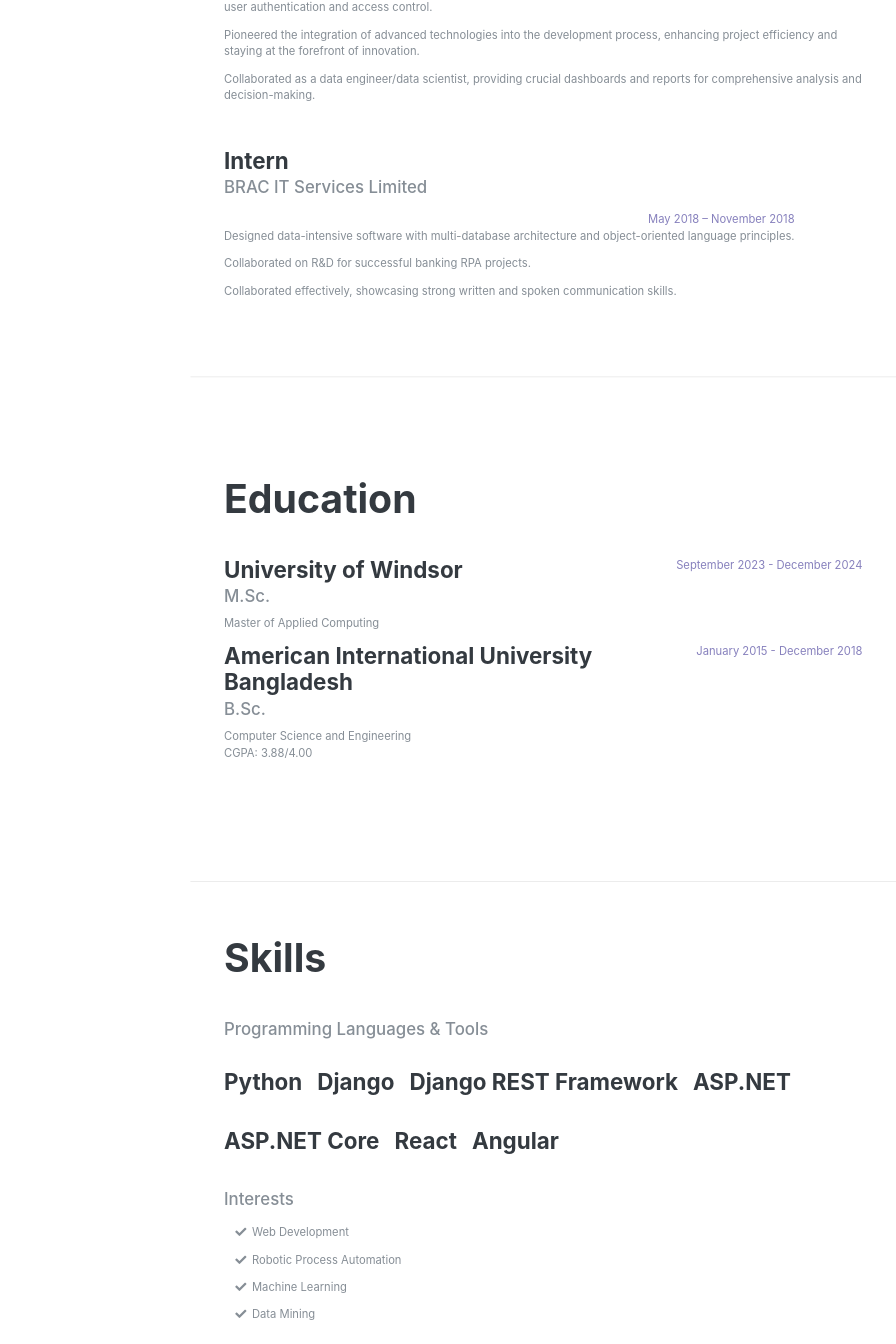
Repository: xahin96/xahin96.github.io
Page: index.html
An editor plug-in stored every save of this project. The page is shown before and after the next save, followed by the edit.
The browser window is 1280 px wide. The pictures show the part of the page from y = 1460 to 3380 px (the page is 5521 px tall before and 5497 px after), at 70% of full size.
Some web fonts or font styles are not loaded; a fallback is used.

Above is the page before, as saved 2024-04-27 12:36:47.

### index.html
<!DOCTYPE html>
<html lang="en">

<head>

  <meta charset="utf-8">
  <meta name="viewport" content="width=device-width, initial-scale=1, shrink-to-fit=no">
  <meta name="description" content="">
  <meta name="author" content="">

  <title>Shahriar Rahman</title>
  <link rel="icon" type="image/x-icon" href="img/profile.png">


  <!-- Bootstrap core CSS -->
  <link href="vendor/bootstrap/css/bootstrap.min.css" rel="stylesheet">

  <!-- Custom fonts for this template -->
  <link href="https://fonts.googleapis.com/css?family=Saira+Extra+Condensed:500,700" rel="stylesheet">
  <link href="https://fonts.googleapis.com/css?family=Muli:400,400i,800,800i" rel="stylesheet">
  <link href="vendor/fontawesome-free/css/all.min.css" rel="stylesheet">

  <!-- Custom styles for this template -->
  <link href="css/resume.css" rel="stylesheet">

</head>

<body id="page-top">

  <nav class="navbar navbar-expand-lg navbar-dark bg-primary fixed-top" id="sideNav">
    <a class="navbar-brand js-scroll-trigger" href="#page-top">
      <span class="d-block d-lg-none">Shahriar Rahman</span>
      <span class="d-none d-lg-block">
        <img class="img-fluid img-profile rounded-circle mx-auto mb-2" src="img/profile.png" alt="">
      </span>
    </a>
    <button class="navbar-toggler" type="button" data-toggle="collapse" data-target="#navbarSupportedContent" aria-controls="navbarSupportedContent" aria-expanded="false" aria-label="Toggle navigation">
      <span class="navbar-toggler-icon"></span>
    </button>
    <div class="collapse navbar-collapse" id="navbarSupportedContent">
      <ul class="navbar-nav">
        <li class="nav-item">
          <a class="nav-link js-scroll-trigger" href="#about">About</a>
        </li>
        <li class="nav-item">
          <a class="nav-link js-scroll-trigger" href="#experience">Experience</a>
        </li>
        <li class="nav-item">
          <a class="nav-link js-scroll-trigger" href="#education">Education</a>
        </li>
        <li class="nav-item">
          <a class="nav-link js-scroll-trigger" href="#skills">Skills</a>
        </li>
        <li class="nav-item">
          <a class="nav-link js-scroll-trigger" href="#projects">Projects</a>
        </li>
        <!-- <li class="nav-item">
          <a class="nav-link js-scroll-trigger" href="#interests">Interests</a>
        </li> -->
       <!--  <li class="nav-item">
          <a class="nav-link js-scroll-trigger" href="#awards">Achievements</a>
        </li> -->
      </ul>
    </div>
  </nav>

  <div class="container-fluid p-0">

    <section class="resume-section p-3 p-lg-5 d-flex align-items-center" id="about">
      <div class="w-100">
        <h1 class="mb-0">Shahriar
          <span class="mb-0">Rahman</span>
        </h1>
        <div class="subheading mb-5">Windsor, ON, Canada 🇨🇦 · +1 437 669 5591 ·
          <a href="mailto:shahriar.rahmanzahin@gmail.com">rahman8j@uwindsor.ca</a>
        </div>
        <p class="lead mb-5">Results-driven Software Engineer, with over 5 years of experience, specializing in innovative solutions such as Microservices, IoT, AI, and Robotic Process Automation (RPA). Demonstrates proficiency in software development, boasting a proven track record in leading the development of advanced systems, optimizing code for efficiency, and collaborating within dynamic, cross-functional teams.</p>
        <div class="social-icons">
          <a href="https://www.linkedin.com/in/shahriar-rahman-zahin">
            <i class="fab fa-linkedin-in"></i>
          </a>
          <a href="https://github.com/xahin96">
            <i class="fab fa-github"></i>
          </a>
          <a href="https://stackoverflow.com/users/5947007/shahriar-rahman-zahin">
            <i class="fab fa-stack-overflow"></i>
          </a>
          <a href="https://twitter.com/xahin96">
            <i class="fab fa-twitter"></i>
          </a>
          <a href="https://www.facebook.com/shahriar.xahin">
            <i class="fab fa-facebook-f"></i>
          </a>
        </div>
      </div>
    </section>

    <hr class="m-0">

    <section class="resume-section p-3 p-lg-5 d-flex justify-content-center" id="experience">
      <div class="w-100">
        <h2 class="mb-5">Experience</h2>

        <div class="resume-item d-flex flex-column flex-md-row justify-content-between mb-5">
          <div class="resume-content">
            <div class="flex justify-between align-items-center">
              <div>
                <h3 class="mb-0">Senior Software Engineer</h3>
                <div class="subheading mb-3">BRAC IT Services Limited</div>
              </div>
              <div class="resume-date text-md-right">
                <span class="text-primary">January 2023 – July 2023</span>
              </div>
            </div>

            <ul>
              <li>Led a 5-10-member team, reported directly to the department head, and managed work-related communications.</li>
              <li>Enforced software development best practices: clean code, code reviews, unit tests, ensuring continuous delivery.</li>
              <li>Facilitated design discussions, spearheaded idea generation, provided technical guidance, and enriched product experience through collaborative efforts within the team.</li>
              <li>Managed banking databases, utilizing stored procedures and SQL for efficient data handling and manipulation.</li>
              <li>Implemented Azure AD, integrated Microsoft Graph API for mail and calendar services, optimizing cloud collaboration.</li>
            </ul>
          </div>
        </div>

        <div class="resume-item d-flex flex-column flex-md-row justify-content-between mb-5">
          <div class="resume-content">
            <div class="flex justify-content-between align-items-center">
              <div>
                <h3 class="mb-0">Software Engineer</h3>
                <div class="subheading mb-3">BRAC IT Services Limited</div>
              </div>
              <div class="resume-date text-md-right">
                <span class="text-primary">November 2018 – December 2022</span>
              </div>
            </div>

            <li>Engineered RPA solutions achieving 5 to 20 times faster process completion with 100% accuracy.</li>
            <li>Orchestrated large-scale projects encompassing Microservices, ERP software, RPA, and IoT, employing industry-standard agile methodologies and adhering to robust design patterns.</li>
            <li>Integrated diverse third-party APIs for OAuth authentication, including Google, Apple, Facebook, and GitHub, enhancing user authentication and access control.</li>
            <li>Pioneered the integration of advanced technologies into the development process, enhancing project efficiency and staying at the forefront of innovation.</li>
            <li>Collaborated as a data engineer/data scientist, providing crucial dashboards and reports for comprehensive analysis and decision-making.</li>
          </div>

        </div>

        <div class="resume-item d-flex flex-column flex-md-row justify-content-between mb-5">
          <div class="resume-content">
            <div>
              <div>
                <h3 class="mb-0">Intern</h3>
                <div class="subheading mb-3">BRAC IT Services Limited</div>
              </div>
              <div class="resume-date text-md-right">
                <span class="text-primary">May 2018 – November 2018</span>
              </div>
            </div>
            <li>Designed data-intensive software with multi-database architecture and object-oriented language principles.</li>
            <li>Collaborated on R&D for successful banking RPA projects.</li>
            <li>Collaborated effectively, showcasing strong written and spoken communication skills.
            </li>
          </div>

        </div>

      </div>
    </section>

    <hr class="m-0">

    <section class="resume-section p-3 p-lg-5 d-flex align-items-center" id="education">
      <div class="w-100">
        <h2 class="mb-5">Education</h2>

        <div class="resume-item d-flex flex-column flex-md-row justify-content-between mb-3">
          <div class="resume-content">
            <h3 class="mb-0">University of Windsor</h3>
            <div class="subheading mb-2">M.Sc.</div>
            <div>Master of Applied Computing</div>
          </div>
          <div class="resume-date text-md-right">
            <span class="text-primary">September 2023 - December 2024</span>
          </div>
        </div>

        <!-- <div class="resume-item d-flex flex-column flex-md-row justify-content-between mb-3">
          <div class="resume-content">
            <h3 class="mb-0">Jahangirnagar University Bangladesh</h3>
            <div class="subheading mb-2"> M.Sc.</div>
            <div>Computer Science and Engineering</div>
            <p>CGPA: 3.88/4.00</p>
          </div>
          <div class="resume-date text-md-right">
            <span class="text-primary">January 2015 - December 2018</span>
          </div>
        </div> -->

        <div class="resume-item d-flex flex-column flex-md-row justify-content-between mb-3">
          <div class="resume-content">
            <h3 class="mb-0">American International University Bangladesh</h3>
            <div class="subheading mb-2">B.Sc.</div>
            <div>Computer Science and Engineering</div>
            <p>CGPA: 3.88/4.00</p>
          </div>
          <div class="resume-date text-md-right">
            <span class="text-primary">January 2015 - December 2018</span>
          </div>
        </div>

        <!-- <div class="resume-item d-flex flex-column flex-md-row justify-content-between mb-3">
          <div class="resume-content">
            <h3 class="mb-0">Dhaka Imperial College, Bangladesh</h3>
            <div class="subheading mb-2">Higher Secondary School Certificate</div>
            <p>GPA: 5.00/5.00</p>
          </div>
          <div class="resume-date text-md-right">
            <span class="text-primary">April 2012 - April 2014</span>
          </div>
        </div> -->

        <!-- <div class="resume-item d-flex flex-column flex-md-row justify-content-between">
          <div class="resume-content">
            <h3 class="mb-0">Bangladesh International School & College Riyadh, Saudi Arabia</h3>
            <div class="subheading mb-2">Secondary School Certificate</div>
            <p>GPA: 4.88/5.00</p>
          </div>
          <div class="resume-date text-md-right">
            <span class="text-primary">January 2007 - April 2012</span>
          </div>
        </div> -->

      </div>
    </section>

    <hr class="m-0">

    <section class="resume-section p-3 p-lg-5 d-flex align-items-center" id="skills">
      <div class="w-100">
        <h2 class="mb-5">Skills</h2>

        <div class="subheading mb-3">Programming Languages &amp; Tools</div>
        <ul class="list-inline dev-icons">
          <li class="list-inline-item">
            <h3>Python</h3>
          </li>
          <li class="list-inline-item">
            <h3>Django</h3>
          </li>
          <li class="list-inline-item">
            <h3>Django REST Framework</h3>
          </li>
          <li class="list-inline-item">
            <h3>ASP.NET</h3>
          </li>
          <li class="list-inline-item">
            <h3>ASP.NET Core</h3>
          </li>
          <li class="list-inline-item">
            <h3>React</h3>
          </li>
          <li class="list-inline-item">
            <h3>Angular</h3>
          </li>
        </ul>

        <br>

        <div class="subheading mb-3">Interests</div>
        <ul class="fa-ul mb-0">
          <li>
            <i class="fa-li fa fa-check"></i>
          Web Development</li>
          <li>
            <i class="fa-li fa fa-check"></i>
          Robotic Process Automation</li>
          <li>
            <i class="fa-li fa fa-check"></i>
          Machine Learning</li>
          <li>
            <i class="fa-li fa fa-check"></i>
          Data Mining</li>
        </ul>
      </div>
    </section>

    <hr class="m-0">

    <section class="resume-section p-3 p-lg-5 d-flex align-items-center project" id="projects">
      <div class="w-100">
        <h2 class="mb-5">Projects</h2>
        <hr>
        <div class="row">
          <div class="col-sm-12 col-md-6 mb-4">
            <div class="card p-3">
              <!-- <img class="mb-4" class="card-img-top" src="https://picsum.photos/id/237/200/300" alt="Card image cap"> -->
              <div style="background-color:rgb(255, 255, 255)">
                <h3 class="mb-0">Keeper</h3>
                <p class="lead mb-5">
                    Warranty managemet application for your products. It will help you manage all your product with warraties and smartly reminding you about the expiry date.
                </p>
                <h4>Technology Used</h4>
                <li>Python</li>
                <li>Django</li>
                <li>Django REST Framework</li>
                <div><h5>   &nbsp;</h5>   </div>
                <h5>Product link:</h5> <p><a href="/">Will be available on Play Store and Apple App Store soon</a></p>
              </div>
            </div>
          </div>
          <div class="col-sm-12 col-md-6 mb-4">
            <div class="card p-3">
              <!-- <img class="mb-4" class="card-img-top" src="https://picsum.photos/id/237/200/300" alt="Card image cap"> -->
              <div style="background-color:rgb(255, 255, 255)">
                <h3 class="mb-0">Atwork</h3>
                <p class="lead mb-5">
                    Smart meeting management system for your company. It will help you manage your meetings, schedule them, generate notice or summary along with agenda summary for
                    easier maintenance.
                </p>
                <h4>Technology Used</h4>
                <li>Python</li>
                <li>Django</li>
                <li>Django REST Framework</li>
                <li>Angular</li>
                <li>Typescript</li>
                <div><h5>   &nbsp;</h5>   </div>
                <h5>Product link:</h5> <p><a href="https://www.bracits.com/product/meeting-atwork">https://www.bracits.com/product/meeting-atwork</a></p>
              </div>
            </div>
          </div>
          <div class="col-sm-12 col-md-6 mb-4">
            <div class="card p-3">`
              <!-- <img class="mb-4" class="card-img-top" src="https://picsum.photos/id/237/200/300" alt="Card image cap"> -->
              <div style="background-color:rgb(255, 255, 255)">
                <h3 class="mb-0">Eye Tracker With Blink Detection</h3>
                <p class="lead mb-5">
                    This python application can detect eye of user sitting in front of webcam. Tracking the eye center or Iris the program
                    can detect where the user is looking at on the PC screen as well as when the user is blinking. This project was used in
                    my thesis - Controlling Multimedia Player With Eye Gaze Using Webcam.
                </p>
                <h4>Technology Used</h4>
                <li>Python</li>
                <li>OpenCV</li>
                <div><h5>   &nbsp;</h5>   </div>
                <h5>Publication link:</h5> <p><a href="https://ieeexplore.ieee.org/document/8644103">https://ieeexplore.ieee.org/document/8644103</a></p>
              </div>
            </div>
          </div>
          <div class="col-sm-12 col-md-6 mb-4">
            <div class="card p-3">
              <div style="background-color:rgb(255, 255, 255)">
                <h3 class="mb-0">Credit Card Creation Process Automation</h3>
                <p class="lead mb-5">
                  This automation program automates a full card processing system which requires 3 different applications.
                  It fills up forms of 3 different application and completes a full process 5 times faster than human.
                </p>
                <h4>Technology Used</h4>
                <li>Python</li>
                <li>SQL Server</li>
                <div><h5>   &nbsp;</h5>   </div>
                <h5>Project link:</h5> Confidential banking project.
              </div>
            </div>
          </div>
          <div class="col-sm-12 col-md-6 mb-4">
            <div class="card p-3">
              <div style="background-color:rgb(255, 255, 255)">
                <h3 class="mb-0">Parker</h3>
                <p class="lead mb-5">
                  This application is used for web automation. It is built specially for a website so that any human repetitive task on that website can be automated easily.
                </p>
                <h4>Technology Used</h4>
                <li>ASP.NET MVC</li>
                <li>SQL Server</li>
                <li>ADO.NET</li>
                <li>Bootstrap</li>
                <li>JQuery</li>
                <li>Selenium</li>
                <div><h5>   &nbsp;</h5>   </div>
                <h5>Project link:</h5> Confidential banking project.
            </div>
            </div>
          </div>
          <div class="col-sm-12 col-md-6 mb-4">
            <div class="card p-3">
              <div style="background-color:rgb(255, 255, 255)">
                <h3 class="mb-0">PDF Extractor</h3>
                <p class="lead mb-5">
                  This application is used for extracting data from complex PDF tables and saving them in database for easy data analysis.
                </p>
                <h4>Technology Used</h4>
                <li>Python</li>
                <li>SQL Server</li>
                <div><h5>   &nbsp;</h5>   </div>
                <h5>Project link:</h5> Confidential banking project.
              </div>
            </div>
          </div>
          <!-- <div class="col-sm-12 col-md-6 mb-4">
            <div class="card p-3">
              <div style="background-color:rgb(255, 255, 255)">
                <h3 class="mb-0">Insurance Company Management</h3>
                <p class="lead mb-5">
                  This application is used for managing different tasks of an insurance company. Employees can issue for accident entry and towing
                  car entries etc.
                </p>
                <h4>Technology Used</h4>
                <li>PHP</li>
                <li>Vanilla JS</li>
                <li>Oracle</li>
                <div><h5>   &nbsp;</h5>   </div>
                <h5>Project link:</h5> <p><a href="https://github.com/xahin96/Insurance_Company_management">https://github.com/xahin96/Insurance_Company_management</a></p>
            </div>
            </div>
          </div> -->
          <!-- <div class="col-sm-12 col-md-6 mb-4">
            <div class="card p-3">
            <div style="background-color:rgb(255, 255, 255)">
              <h3 class="mb-0">Urban City Scenario</h3>
              <p class="lead mb-5">
                Simple 2d scenario animation made with OpenGL C++
              </p>
              <h4>Technology Used</h4>
              <li>OpenGL</li>
              <li>C++</li>
              <div><h5>   &nbsp;</h5>   </div>
              <h5>Project link:</h5> <p><a href="https://github.com/xahin96/Urban_city_scenario">https://github.com/xahin96/Urban_city_scenario</a></p>
            </div>
            </div>
          </div> -->
          <!-- <div class="col-sm-12 col-md-6 mb-4">
            <div class="card p-3">
              <div style="background-color:rgb(255, 255, 255)">
                <h3 class="mb-0">Catch The Egg</h3>
                <p class="lead mb-5">
                  Simple fun 2d game. Eggs are falling from sky catch as much as you can.
                </p>
                <h4>Technology Used</h4>
                <li>Java</li>
                <div><h5>   &nbsp;</h5>   </div>
                <h5>Project link:</h5> <p><a href="https://github.com/xahin96/CatcTheEgg">https://github.com/xahin96/CatcTheEgg</a></p>
              </div>
            </div>
          </div> -->
          <!-- <div class="col-sm-12 col-md-6 mb-4">
            <div class="card p-3">
              <div style="background-color:rgb(255, 255, 255)">
                <h3 class="mb-0">Mobile Banking App</h3>
                <p class="lead mb-5">
                  Mobile banking app for using transaction functionality from phone.
                </p>
                <h4>Technology Used</h4>
                <li>C#</li>
                <li>SQL Server</li>
                <div><h5>   &nbsp;</h5>   </div>
                <h5>Project link:</h5> <p><a href="https://github.com/xahin96/MobileBanking">https://github.com/xahin96/MobileBanking</a></p>
              </div>
            </div>
          </div> -->
          <!-- <div class="col-sm-12 col-md-6 mb-4">
            <div class="card p-3">
              <div style="background-color:rgb(255, 255, 255)">
                <h3 class="mb-0">Kine Felun</h3>
                <p class="lead mb-5">
                  Online shopping application where user can add products for selling.
                </p>
                <h4>Technology Used</h4>
                <li>PHP</li>
                <li>Vanilla JS</li>
                <li>Oracle</li>
                <div><h5>   &nbsp;</h5>   </div>
                <h5>Project link:</h5> <p><a href="https://github.com/xahin96/Kine-Felun">https://github.com/xahin96/Kine-Felun</a></p>
              </div>
            </div>
          </div>  -->
      </div>

      </div>
    </section>

            <hr class="m-0">

  </div>

  <!-- Bootstrap core JavaScript -->
  <script src="vendor/jquery/jquery.min.js"></script>
  <script src="vendor/bootstrap/js/bootstrap.bundle.min.js"></script>

  <!-- Plugin JavaScript -->
  <script src="vendor/jquery-easing/jquery.easing.min.js"></script>

  <!-- Custom scripts for this template -->
  <script src="js/resume.min.js"></script>

</body>
</html>

Loaded but not shown: vendor/bootstrap/css/bootstrap.min.css (library); vendor/fontawesome-free/css/all.min.css (library); vendor/jquery/jquery.min.js (library); vendor/bootstrap/js/bootstrap.bundle.min.js (library); vendor/jquery-easing/jquery.easing.min.js (common file); js/resume.min.js (common file); css/resume.css (218 lines, source omitted)

After the next save:
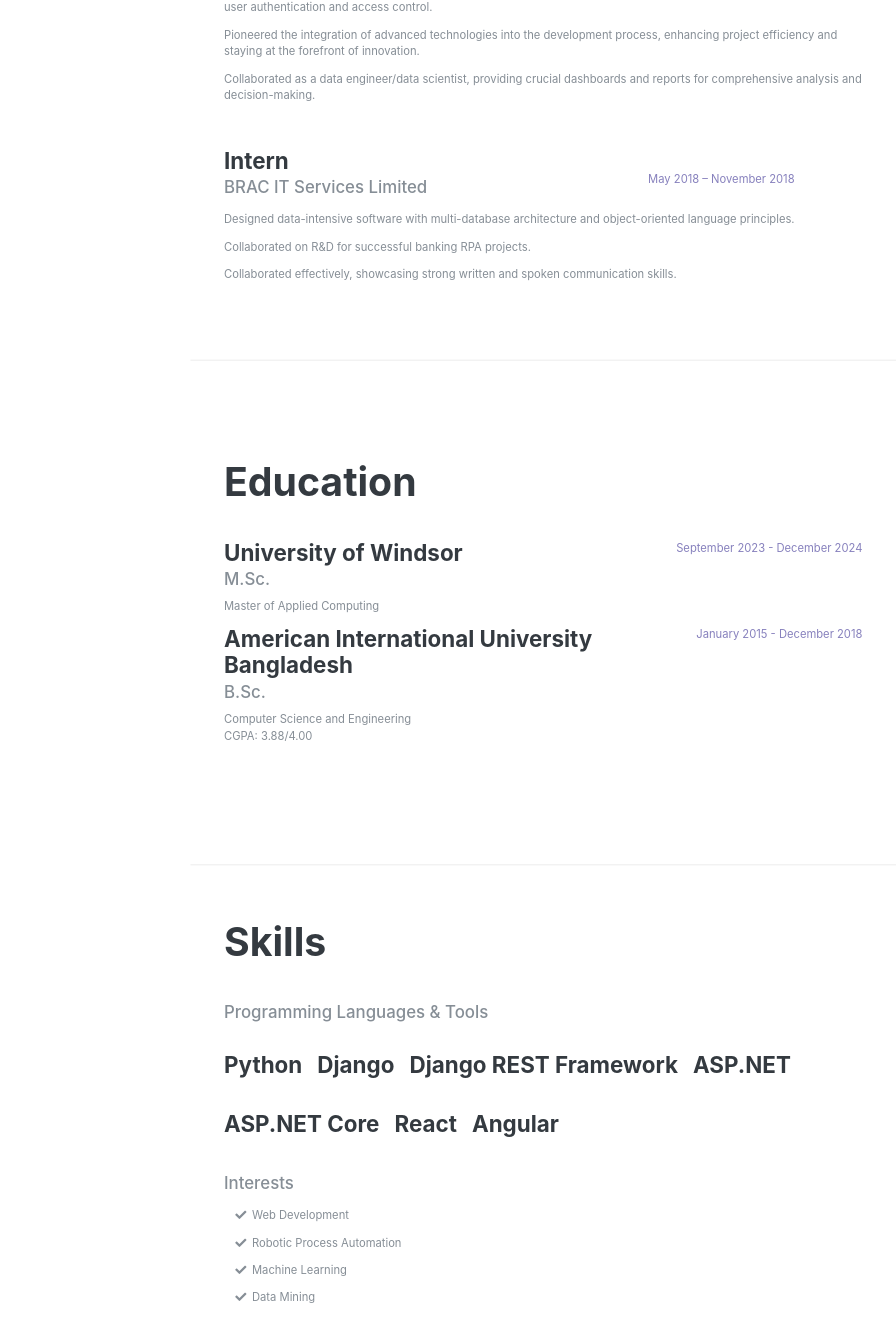
Saved 11 s later.
--- a/index.html
+++ b/index.html
@@ -146,7 +146,7 @@
 
         <div class="resume-item d-flex flex-column flex-md-row justify-content-between mb-5">
           <div class="resume-content">
-            <div>
+            <div class="flex align-items-center justify-content-between">
               <div>
                 <h3 class="mb-0">Intern</h3>
                 <div class="subheading mb-3">BRAC IT Services Limited</div>
